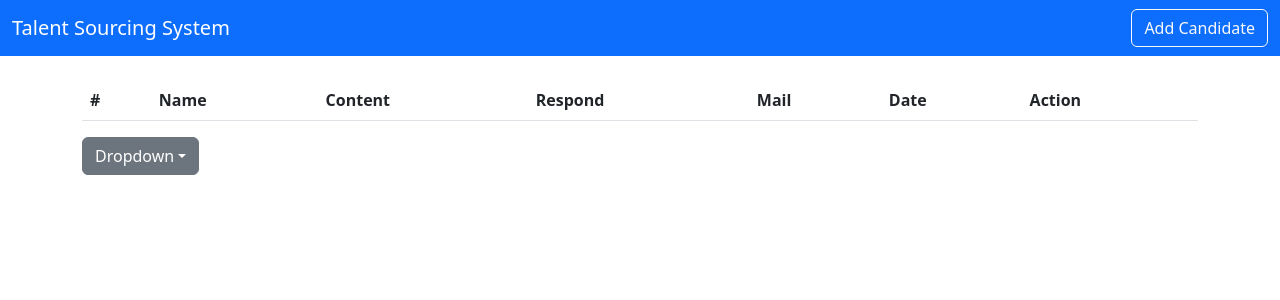
Repository: mfd10/talent-sourcing-system-frontend
Page: /
These files come from the project's save history. The page is drawn as it stood at one moment and after the next save; the edit follows.
The browser window is 1280 px wide. The pictures show the whole page.
The page's requests for data from a server got no answer. The project was rebuilt for these pictures with package versions that can differ from the ones it lists, and the page was loaded fresh each time. No one was signed in, and anything a server would have sent is missing. Also part of the build but not shown: src/users/AddCandidates.js.

Above is the page before, as saved 2022-11-12 18:56:06.

After the next save:
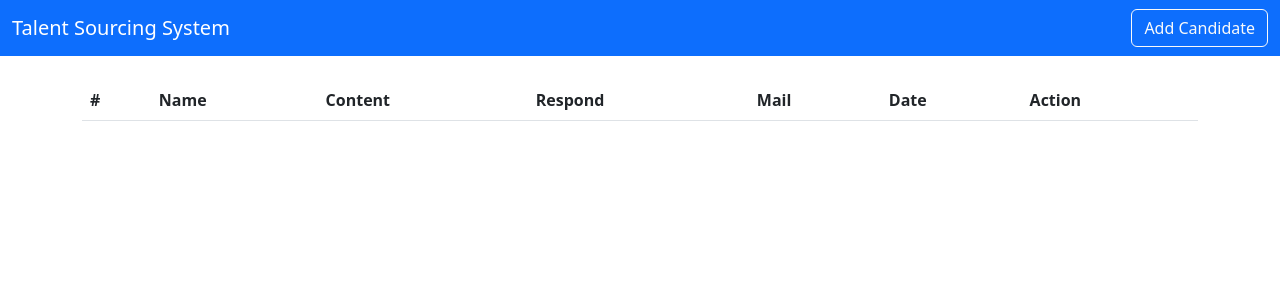
Saved 6 s later.
--- a/src/pages/Home.js
+++ b/src/pages/Home.js
@@ -49,16 +49,7 @@ export default function Home() {
            }
           </tbody>
         </table>
-        <div class="dropdown">
-  <button class="btn btn-secondary dropdown-toggle" type="button" id="dropdownMenu2" data-toggle="dropdown" aria-haspopup="true" aria-expanded="false">
-    Dropdown
-  </button>
-  <div class="dropdown-menu" aria-labelledby="dropdownMenu2">
-    <button class="dropdown-item" type="button">Action</button>
-    <button class="dropdown-item" type="button">Another action</button>
-    <button class="dropdown-item" type="button">Something else here</button>
-  </div>
-</div>
+
       </div>
     </div>
   );
